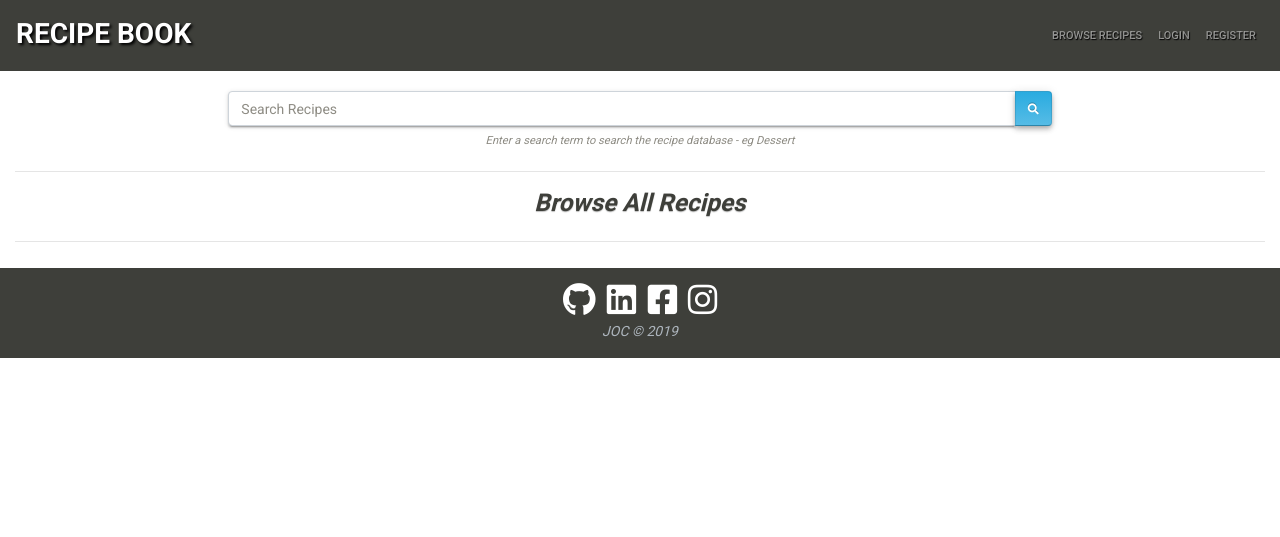
Repository: johnnycistudent/recipe-app
Page: http://localhost/get_recipes
The author's editor kept a record of every edit. The page is drawn from the files as they stood at one moment, then again after the next edit.
The browser window is 1280 px wide. The pictures show the whole page.
Some web libraries are served in a nearby version. The page is served by the project's application, run on Flask 3 (app.py). Queries for data that is not in the repository find no rows.

Above is the page before.

### templates/showall.html
{% extends 'base.html' %} {% block content %}

<div class="container-fluid">

    <!-- SEARCH BOX -->

    <div class="row">
        <div class="col-12 col-sm-8 offset-sm-2">

            <!-- Search Query Input Field -->
            <form class="recipe-search input-group" action="{{ url_for('search', word_search=word_search, current_page=current_page) }}">
                <input type="text" class="form-control" placeholder="Search Recipes" id="word_search" name="word_search">

                <!-- Submit Search Query Button -->
                <div class="input-group-append">
                    <button class="btn btn-details" type="submit" name="action"><i class="fa fa-search"></i></button>
                </div>
            </form>

            <!-- Search Query Explanation Text -->
            <small class="form-text text-muted text-center" style="margin-bottom: 5px"><em>Enter a search term to search the recipe database - eg Dessert</em></small>
        </div>
    </div>

    <!-- /SEARCH BOX -->


    <!-- MOST POPULAR SECTION -->

    <!--If statement hides the "Most Popular" recipes when the user navigates to a page other than the first page of the Show all section -->
    <!--<div {% if current_page|int == 1 %} class="row popular" {% else %} class="d-none" {% endif %}>-->
    <!--    <div class="popular-header col-12 text-center">-->
    <!--        <h3><em>Popular Recipes</em></h3>-->

    <!--        <h5>Need some inspiration? Try one of the current top 3 most popular recipes</h5>-->
    <!--        <input type="button" class="btn btn-main btn-sm toggle-popular" value="Hide Popular Recipes">-->
    <!--    </div>-->

    <!--    {% for favourite in recommended%}-->

    <!--    <div class="col-sm-12 col-md-6 col-lg-4 mx-auto popular-card">-->
    <!--        <div class="card text-center">-->
    <!--            <div class="card-body text-center">-->

                    <!-- Link to Most Popular Recipe Display on the Recipe Image -->
    <!--                <a href="{{url_for('recipe_display', recipe_id=favourite._id.link)}}">-->

                        <!-- If no photo link is added, a stock photo is used instead -->
    <!--                    {% if favourite._id.photo_url == "" %}-->
    <!--                    <img src="/static/images/backup.jpg" class="card-img-top" alt="{{favourite._id.recipe_name}}">-->
    <!--                    {% else %}-->

                        <!-- Most Popular Recipe Image Display -->
    <!--                    <img src="{{favourite._id.photo_url}}" class="card-img-top" alt="{{favourite._id.recipe_name}}">-->
    <!--                    {% endif %} -->
    <!--                </a>-->

                    <!-- Most Popular Recipe Name-->
    <!--                <h4 class="card-title"><a class="name-link" href="{{url_for('recipe_display', recipe_id=favourite._id.link)}}">{{favourite._id.recipe_name|title}}</a></h4>-->

    <!--                <div class="row card-details-wrapper">-->

                        <!-- Most Popular Recipe Servings -->
    <!--                    <div class="card-details col-6 ">-->
    <!--                        <span class="recipe-icon"><i class="fas fa-user fa-2x"></i></span>-->
    <!--                        <span class="recipe-input"> {{ favourite._id.servings }} </span>-->
    <!--                        <span class="recipe-variable">Servings</span>-->
    <!--                    </div>-->

                        <!-- Most Popular Recipe Preptime -->
    <!--                    <div class="card-details col-6 ">-->
    <!--                        <span class="recipe-icon"><i class="fas fa-clock fa-2x"></i></span> -->
    <!--                        <span class="recipe-input">{{ favourite._id.preptime }}</span> -->
    <!--                        <span class="recipe-variable">Minutes</span>-->
    <!--                    </div>-->

                        <!-- Most Popular Recipe Calories -->
    <!--                    <div class="card-details col-6 offset-3 ">-->
    <!--                        <span class="recipe-icon"><i class="fas fa-burn fa-2x"></i></span> -->
    <!--                        <span class="recipe-input">{{ favourite._id.calories }}</span> -->
    <!--                        <span class="recipe-variable">Calories</span>-->
    <!--                    </div>-->
    <!--                    <p>{{ favourite.number }}</p>-->
    <!--                </div>-->

    <!--                <hr>-->

                    <!-- Most Popular Full Recipe View Button -->
    <!--                <a href="{{url_for('recipe_display', recipe_id=favourite._id.link)}}" class="btn btn-main modal-trigger">View Full Recipe</a>-->
    <!--            </div>-->
    <!--        </div>-->
    <!--    </div>-->
    <!--{% endfor %}-->
    <!--</div>-->

    <!-- /MOST POPULAR SECTION -->


    <hr>

    <!-- BROWSE ALL RECIPES SECTION -->
    <h3><em>Browse All Recipes</em></h3>
    <div class="row">

        {% for recipe in recipes %}
        <div class="col-sm-12 col-md-6 col-lg-4 mx-auto">

            <div class="card text-center">
                <div class="card-body text-center">

                    <!-- Link to Recipe Display on the Recipe Image -->
                    <a href="{{url_for('recipe_display', recipe_id=recipe._id)}}">

                        <!-- If no photo link is added, a stock photo is used instead -->
                        {% if recipe.photo_url == "" %}
                        <img src="/static/images/backup.jpg" class="card-img-top" alt="{{recipe.recipe_name}}">
                        {% else %}

                        <!-- Recipe Image Display -->
                        <img src="{{recipe.photo_url}}" class="card-img-top" alt="{{recipe.recipe_name}}">
                        {% endif %}
                    </a>

                    <!-- Recipe Name-->
                    <h4 class="card-title"><a class="name-link" href="{{url_for('recipe_display', recipe_id=recipe._id)}}">{{recipe.recipe_name|title}}</a></h4>
                    <hr>

                    <div class="row card-details-wrapper">

                        <!-- Recipe Servings -->
                        <div class="card-details col-6 ">
                            <span class="recipe-icon"><i class="fas fa-user fa-2x"></i></span>
                            <span class="recipe-input"> {{recipe.servings}} </span>
                            <span class="recipe-variable">Servings</span>
                        </div>

                        <!-- Recipe Preptime -->
                        <div class="card-details col-6 ">
                            <span class="recipe-icon"><i class="fas fa-clock fa-2x"></i></span>
                            <span class="recipe-input">{{recipe.preptime}}</span>
                            <span class="recipe-variable">Minutes</span>
                        </div>

                        <!-- Recipe Calories -->
                        <div class="card-details col-6 offset-3 ">
                            <span class="recipe-icon"><i class="fas fa-burn fa-2x"></i></span>
                            <span class="recipe-input">{{recipe.calories}}</span>
                            <span class="recipe-variable">Calories</span>
                        </div>
                    </div>

                    <hr>

                    <!-- View Full Recipe Button -->
                    <a href="{{url_for('recipe_display', recipe_id=recipe._id)}}" class="btn btn-main modal-trigger">View Full Recipe</a>
                </div>
            </div>
        </div>
        {% endfor %}

    </div>

    <!-- /BROWSE ALL RECIPES SECTION -->

        <hr>

        <!-- PAGINATION CONTROLS -->

        <nav aria-label="Page navigation" class="col-lg-6 offset-lg-3">

        <ul class="pagination pagination-sm justify-content-center">

            <!-- If the current page is the first page in the Recipes collection, the Previous Button is hidden -->
            <li {% if current_page|int == 1 %} class="d-none" {% else %} class="page-item"{% endif %}>

                <!-- Previous Button Link -->
                <a class="page-link" {% if current_page|int > 1 %} href="{{ url_for('get_recipes', current_page=current_page|int -1 ) }}" {% endif %}tabindex="-1">Previous</a>

            </li>

            <!-- Current Page -->
            {% for page_number in pages %} {% if page_number == current_page %}
            <li class="page-item active"><a class="page-link">{{ page_number }}</a></li>
            {% else %}
            <!-- Links to the other pages in the results -->
            <li class="page-item"><a class="page-link" href="{{ url_for('get_recipes', current_page=page_number) }}">{{ page_number }}</a></li>
            {% endif %} {% endfor %}

            <!-- If the page is the last page in the Recipes collection, the Next Button will be hidden -->
            <li {% if current_page|int >= total_page_no|int %} class="d-none"  {% else %}  class="page-item" {% endif %}>

                <!-- Next Button Link -->
                <a class="page-link" {% if current_page|int < total_page_no|int %} href="{{ url_for('get_recipes', current_page=current_page|int +1 ) }}" {% endif %}>Next</a>

            </li>

        </ul>
        </nav>

    <!-- /PAGINATION CONTROLS -->



</div>
{% endblock %}

### templates/base.html
<html>

<head>
    <!-- Required meta tags -->
    <meta charset="utf-8">
    <meta name="viewport" content="width=device-width, initial-scale=1, shrink-to-fit=no">

    <!--Font Awesome 5.7.2 CDN Link-->
    <link rel="stylesheet" href="https://use.fontawesome.com/releases/v5.8.1/css/all.css" integrity="sha384-50oBUHEmvpQ+1lW4y57PTFmhCaXp0ML5d60M1M7uH2+nqUivzIebhndOJK28anvf" crossorigin="anonymous">
    <!--Bootstrap 4.1.3 CSS CDN Link-->
    <link rel="stylesheet" href="https://stackpath.bootstrapcdn.com/bootstrap/4.3.1/css/bootstrap.min.css" integrity="sha384-ggOyR0iXCbMQv3Xipma34MD+dH/1fQ784/j6cY/iJTQUOhcWr7x9JvoRxT2MZw1T" crossorigin="anonymous">
    <!-- Google Fonts Link -->
    <link href="https://fonts.googleapis.com/css?family=Open+Sans:400,400i,700|Roboto+Slab" rel="stylesheet">
    <!-- Stylesheets -->
    <!--Bootswatch Sandstone Link -->
    <link rel="stylesheet" href="{{url_for('static', filename='css/bootstrap.min.css')}}" type="text/css" />
    <!--My Css Link-->
    <link rel="stylesheet" href="{{url_for('static', filename='css/style.css')}}" type="text/css" />
    <!----------Favicon Link------->
    <link rel="shortcut icon" href="{{url_for('static', filename='images/cookbook.png')}}" type="image/x-icon" />
    <title>Recipe Book</title>
</head>

<body>

    <!--- NAVBAR from Bootstrap/Bootswatch  --->
    <nav class="navbar navbar-expand-lg navbar-dark bg-primary">

        <!--- Brand Name  --->
        <a class="navbar-brand" href="{{url_for('get_recipes')}}">RECIPE BOOK</a>
        <button class="navbar-toggler" type="button" data-toggle="collapse" data-target="#navbarNavDropdown" aria-controls="navbarNavDropdown" aria-expanded="false" aria-label="Toggle navigation">
        <span class="navbar-toggler-icon"></span>
        </button>
        <div class="collapse navbar-collapse ml-auto" id="navbarNavDropdown">
            <ul class="navbar-nav ml-auto active">

                <!--- Browse Recipes Link  --->
                <li class="nav-item">
                    <a class="nav-link" href="{{url_for('get_recipes')}}">Browse Recipes</a>
                </li>

                <!--- If the User is signed in, they will see the below navbar links  --->
                {% if session.user %}

                <!--- User Recipes Link  --->
                <li class="nav-item">
                    <a class="nav-link" href="{{url_for('profile', user=session.user)}}">My Recipes</a>
                </li>

                <!--- User Favourite Recipes Link  --->
                <li class="nav-item">
                    <a class="nav-link" href="{{url_for('my_favourites', user=session.user)}}">My Favourites</a>
                </li>

                <!--- Add a New Recipe Link  --->
                <li class="nav-item">
                    <a class="nav-link" href="{{url_for('add_recipe')}}">Add Recipe</a>
                </li>

                <!--- If the User is the Admin(named "admin"), they will see the below navbar link  --->
                {% if session.user == "admin" %}

                <!--- Admin Reports Link  --->
                <li class="nav-item">
                    <a class="nav-link" href="{{url_for('admin')}}">Admin Area</a>
                </li>
                {% endif %}

                <!--- Log Out Link  --->
                <li class="nav-item">
                    <a class="nav-link" href="{{url_for('logout')}}">Log Out</a>
                </li>



                <!--- If the User is not signed in, they will see the below navbar links  --->

                {% else %}

                <!--- Login Link  --->
                <li class="nav-item">
                    <a class="nav-link" href="{{url_for('login')}}">Login</a>
                </li>

                <!--- Register Link  --->
                <li class="nav-item">
                    <a class="nav-link" href="{{url_for('register')}}">Register</a>
                </li>
                {% endif %}

            </ul>
        </div>
    </nav>

    <!--- /NAVBAR from Bootstrap/Bootswatch  --->


    <!--- ALERTS CONTAINER --->
    <!--- Taken and modified from Miroslav Svec's (username Miro) sessions from Slack DCD channel --->
    <div class="container-fluid">
        <div id="alerts">
            <div class="row justify-content-center ">
                <div id="messages " class="col-8 ">

                    {% with messages = get_flashed_messages() %} {% if messages %} {% for message in messages %}
                    <div class="alert alert-warning ">
                        <button type="button" class="close" data-dismiss="alert" aria-label="Close">&times;</button>
                        <p class="text-center ">{{ message }}</p>
                    </div>
                    {% endfor %} {% endif %} {% endwith %}
                </div>
            </div>
        </div>
    </div>
    <!--- /ALERTS CONTAINER --->



    {% block content %} {% endblock %}

    <!--- FOOTER --->
    <footer class="footer d-flex mt-auto">
        <div class="container-fluid text-center ">
            <div class="text-center center-block ">
                <br />
                <!--- Social Media Links --->
                <a href="https://github.com/johnnycistudent " target="_blank "><i id="social-gh " class="fab fa-github fa-3x social "></i></a>
                <a href="https://www.linkedin.com/in/john-o-connor-527904170/ " target="_blank "><i id="social-li " class="fab fa-linkedin fa-3x social "></i></a>
                <a href="https://www.facebook.com/john.oconnor.3139 " target="_blank "><i id="social-fb " class="fab fa-facebook-square fa-3x social "></i></a>
                <a href="https://www.instagram.com/johnnyoco/ " target="_blank "><i id="social-in " class="fab fa-instagram fa-3x social "></i></a>
                <!--- /Social Media Links --->
            </div>
            <div class="copyright ">
                <span style="font-style:italic ">JOC © 2019</span>
            </div>
        </div>
    </footer>
    <!--- /FOOTER --->


    <!-- SCRIPTS -->

    <script src="https://code.jquery.com/jquery-3.4.1.min.js" integrity="sha256-CSXorXvZcTkaix6Yvo6HppcZGetbYMGWSFlBw8HfCJo=" crossorigin="anonymous"></script>
    <script src="https://cdnjs.cloudflare.com/ajax/libs/popper.js/1.14.7/umd/popper.min.js" integrity="sha384-UO2eT0CpHqdSJQ6hJty5KVphtPhzWj9WO1clHTMGa3JDZwrnQq4sF86dIHNDz0W1" crossorigin="anonymous"></script>
    <script src="https://stackpath.bootstrapcdn.com/bootstrap/4.3.1/js/bootstrap.min.js" integrity="sha384-JjSmVgyd0p3pXB1rRibZUAYoIIy6OrQ6VrjIEaFf/nJGzIxFDsf4x0xIM+B07jRM" crossorigin="anonymous"></script>
    <script src="{{ url_for( 'static', filename='js/main.js' ) }}"></script>

    <!-- /SCRIPTS -->

</body>

</html>

Loaded but not shown: static/css/bootstrap.min.css (library); static/js/main.js (49 lines, source omitted); app.py (504 lines, source omitted); static/css/style.css (648 lines, source omitted)

After the next edit:
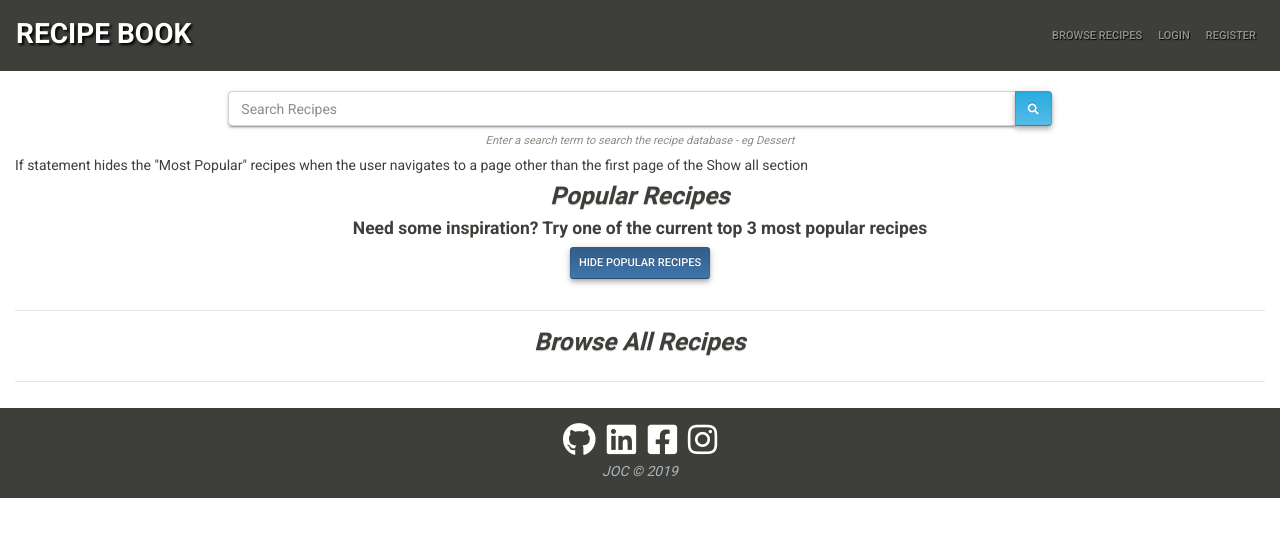
The edit:
--- a/templates/showall.html
+++ b/templates/showall.html
@@ -27,71 +27,71 @@
 
     <!-- MOST POPULAR SECTION -->
 
-    <!--If statement hides the "Most Popular" recipes when the user navigates to a page other than the first page of the Show all section -->
-    <!--<div {% if current_page|int == 1 %} class="row popular" {% else %} class="d-none" {% endif %}>-->
-    <!--    <div class="popular-header col-12 text-center">-->
-    <!--        <h3><em>Popular Recipes</em></h3>-->
-
-    <!--        <h5>Need some inspiration? Try one of the current top 3 most popular recipes</h5>-->
-    <!--        <input type="button" class="btn btn-main btn-sm toggle-popular" value="Hide Popular Recipes">-->
-    <!--    </div>-->
-
-    <!--    {% for favourite in recommended%}-->
-
-    <!--    <div class="col-sm-12 col-md-6 col-lg-4 mx-auto popular-card">-->
-    <!--        <div class="card text-center">-->
-    <!--            <div class="card-body text-center">-->
-
-                    <!-- Link to Most Popular Recipe Display on the Recipe Image -->
-    <!--                <a href="{{url_for('recipe_display', recipe_id=favourite._id.link)}}">-->
-
-                        <!-- If no photo link is added, a stock photo is used instead -->
-    <!--                    {% if favourite._id.photo_url == "" %}-->
-    <!--                    <img src="/static/images/backup.jpg" class="card-img-top" alt="{{favourite._id.recipe_name}}">-->
-    <!--                    {% else %}-->
-
-                        <!-- Most Popular Recipe Image Display -->
-    <!--                    <img src="{{favourite._id.photo_url}}" class="card-img-top" alt="{{favourite._id.recipe_name}}">-->
-    <!--                    {% endif %} -->
-    <!--                </a>-->
-
-                    <!-- Most Popular Recipe Name-->
-    <!--                <h4 class="card-title"><a class="name-link" href="{{url_for('recipe_display', recipe_id=favourite._id.link)}}">{{favourite._id.recipe_name|title}}</a></h4>-->
-
-    <!--                <div class="row card-details-wrapper">-->
-
-                        <!-- Most Popular Recipe Servings -->
-    <!--                    <div class="card-details col-6 ">-->
-    <!--                        <span class="recipe-icon"><i class="fas fa-user fa-2x"></i></span>-->
-    <!--                        <span class="recipe-input"> {{ favourite._id.servings }} </span>-->
-    <!--                        <span class="recipe-variable">Servings</span>-->
-    <!--                    </div>-->
-
-                        <!-- Most Popular Recipe Preptime -->
-    <!--                    <div class="card-details col-6 ">-->
-    <!--                        <span class="recipe-icon"><i class="fas fa-clock fa-2x"></i></span> -->
-    <!--                        <span class="recipe-input">{{ favourite._id.preptime }}</span> -->
-    <!--                        <span class="recipe-variable">Minutes</span>-->
-    <!--                    </div>-->
-
-                        <!-- Most Popular Recipe Calories -->
-    <!--                    <div class="card-details col-6 offset-3 ">-->
-    <!--                        <span class="recipe-icon"><i class="fas fa-burn fa-2x"></i></span> -->
-    <!--                        <span class="recipe-input">{{ favourite._id.calories }}</span> -->
-    <!--                        <span class="recipe-variable">Calories</span>-->
-    <!--                    </div>-->
-    <!--                    <p>{{ favourite.number }}</p>-->
-    <!--                </div>-->
-
-    <!--                <hr>-->
-
-                    <!-- Most Popular Full Recipe View Button -->
-    <!--                <a href="{{url_for('recipe_display', recipe_id=favourite._id.link)}}" class="btn btn-main modal-trigger">View Full Recipe</a>-->
-    <!--            </div>-->
-    <!--        </div>-->
-    <!--    </div>-->
-    <!--{% endfor %}-->
-    <!--</div>-->
+    If statement hides the "Most Popular" recipes when the user navigates to a page other than the first page of the Show all section
+    <div {% if current_page|int == 1 %} class="row popular" {% else %} class="d-none" {% endif %}>
+        <div class="popular-header col-12 text-center">
+            <h3><em>Popular Recipes</em></h3>
+
+            <h5>Need some inspiration? Try one of the current top 3 most popular recipes</h5>
+            <input type="button" class="btn btn-main btn-sm toggle-popular" value="Hide Popular Recipes">
+        </div>
+
+        {% for favourite in recommended%}
+
+        <div class="col-sm-12 col-md-6 col-lg-4 mx-auto popular-card">
+            <div class="card text-center">
+                <div class="card-body text-center">
+
+                     Link to Most Popular Recipe Display on the Recipe Image
+                    <a href="{{url_for('recipe_display', recipe_id=favourite._id.link)}}">
+
+                         If no photo link is added, a stock photo is used instead
+                        {% if favourite._id.photo_url == "" %}
+                        <img src="/static/images/backup.jpg" class="card-img-top" alt="{{favourite._id.recipe_name}}">
+                        {% else %}
+
+                         Most Popular Recipe Image Display
+                        <img src="{{favourite._id.photo_url}}" class="card-img-top" alt="{{favourite._id.recipe_name}}">
+                        {% endif %}
+                    </a>
+
+                     Most Popular Recipe Name
+                    <h4 class="card-title"><a class="name-link" href="{{url_for('recipe_display', recipe_id=favourite._id.link)}}">{{favourite._id.recipe_name|title}}</a></h4>
+
+                    <div class="row card-details-wrapper">
+
+                         Most Popular Recipe Servings
+                        <div class="card-details col-6 ">
+                            <span class="recipe-icon"><i class="fas fa-user fa-2x"></i></span>
+                            <span class="recipe-input"> {{ favourite._id.servings }} </span>
+                            <span class="recipe-variable">Servings</span>
+                        </div>
+
+                         Most Popular Recipe Preptime
+                        <div class="card-details col-6 ">
+                            <span class="recipe-icon"><i class="fas fa-clock fa-2x"></i></span>
+                            <span class="recipe-input">{{ favourite._id.preptime }}</span>
+                            <span class="recipe-variable">Minutes</span>
+                        </div>
+
+                         Most Popular Recipe Calories
+                        <div class="card-details col-6 offset-3 ">
+                            <span class="recipe-icon"><i class="fas fa-burn fa-2x"></i></span>
+                            <span class="recipe-input">{{ favourite._id.calories }}</span>
+                            <span class="recipe-variable">Calories</span>
+                        </div>
+                        <p>{{ favourite.number }}</p>
+                    </div>
+
+                    <hr>
+
+                     <!--Most Popular Full Recipe View Button -->
+                    <a href="{{url_for('recipe_display', recipe_id=favourite._id.link)}}" class="btn btn-main modal-trigger">View Full Recipe</a>
+                </div>
+            </div>
+        </div>
+    {% endfor %}
+    </div>
 
     <!-- /MOST POPULAR SECTION -->
 
